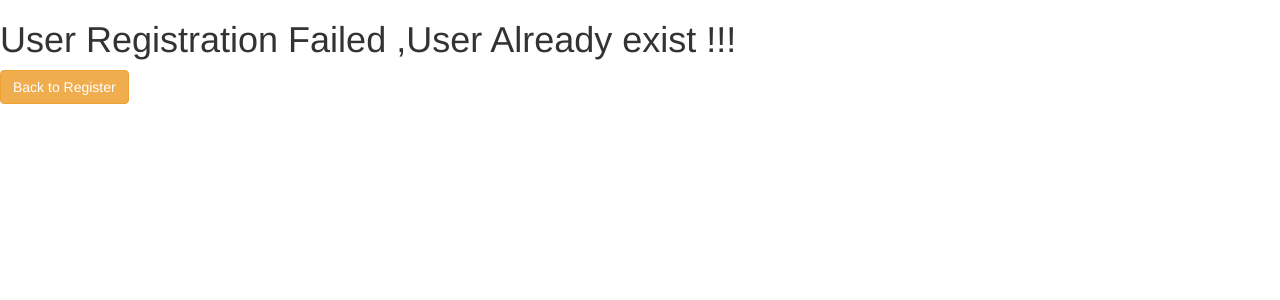
Repository: krutishilp/Sample
Page: JAVA-Eclipse-workspace/productmanagement-webapp/src/main/webapp/registerError.html
These files come from the project's save history. The page is drawn as it stood at one moment and after the next save; the edit follows.
The browser window is 1280 px wide. The pictures show the whole page.

Above is the page before, as saved 2020-09-04 14:05:34.

After the next save:
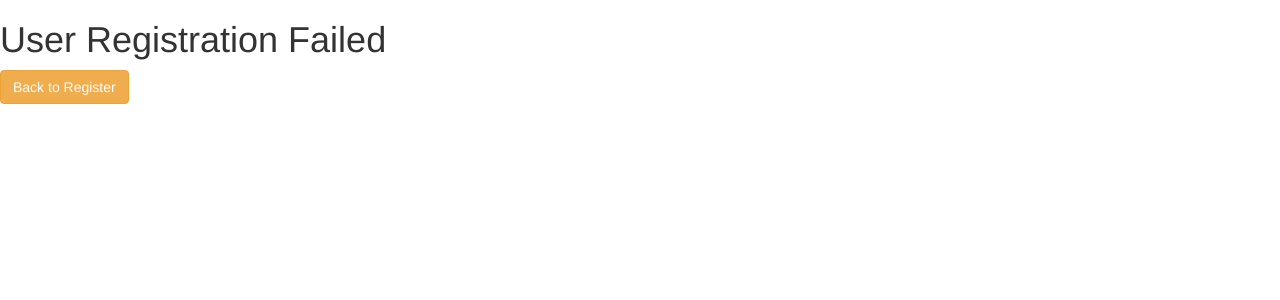
Saved 14 s later.
--- a/JAVA-Eclipse-workspace/productmanagement-webapp/src/main/webapp/registerError.html
+++ b/JAVA-Eclipse-workspace/productmanagement-webapp/src/main/webapp/registerError.html
@@ -7,7 +7,7 @@
 	integrity="sha384-BVYiiSIFeK1dGmJRAkycuHAHRg32OmUcww7on3RYdg4Va+PmSTsz/K68vbdEjh4u"
 	crossorigin="anonymous"></head>
 <body>
-<h1>User Registration Failed ,User Already exist !!!</h1>
+<h1>User Registration Failed</h1>
 <a class="btn btn-warning" href="register.html">Back to Register</a>
 </body>
 </html>
